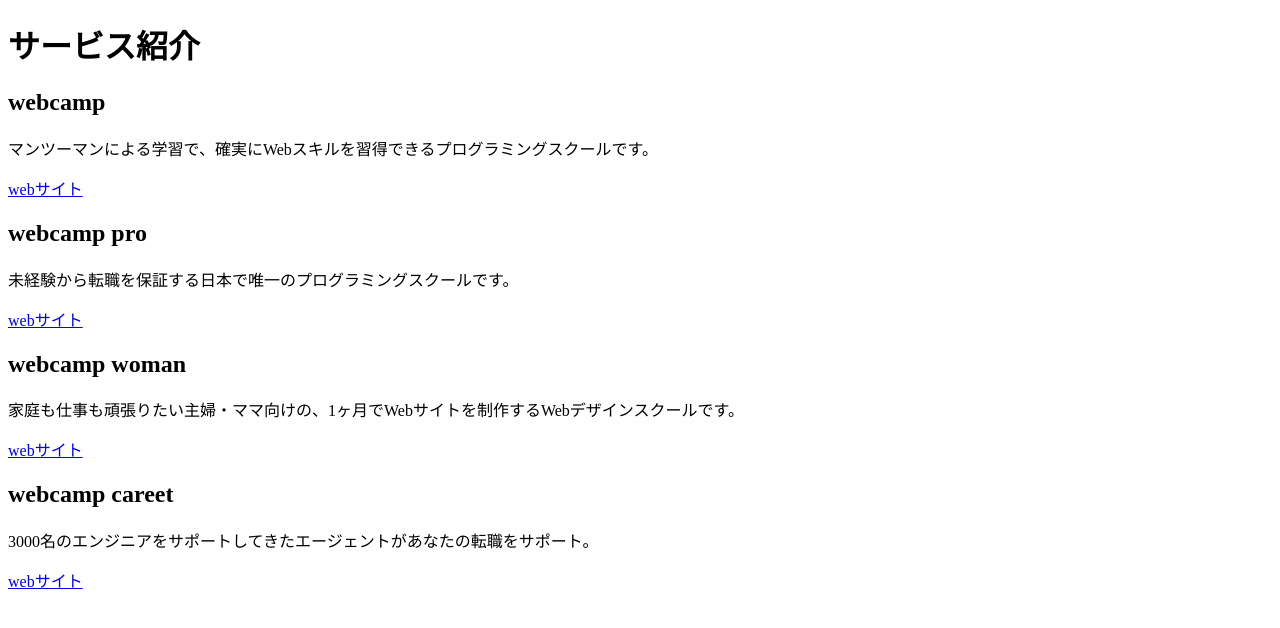
Repository: makunouti/dwc
Page: sample/sample.html
The author's editor kept a record of every edit. The page is drawn from the files as they stood at one moment, then again after the next edit.
The browser window is 1280 px wide. The pictures show the whole page.

Above is the page before.

### sample/sample.html
<!DOCTYPE HTML>
<html lang="ja">
  <head>
    <meta charset="UTF-8" />
    <title>初めてのHTML</title>
    <link rel="stylesheet" hef="style.css" />
  </head>

  <body>
    <h1>サービス紹介</h1>
    <h2>webcamp</h2>
    <p>マンツーマンによる学習で、確実にWebスキルを習得できるプログラミングスクールです。</p>
    <a href="#">webサイト</a>
    <h2>webcamp pro</h2>
    <p>未経験から転職を保証する日本で唯一のプログラミングスクールです。</p>
    <a href="#">webサイト</a>
    <h2>webcamp woman</h2>
    <p>家庭も仕事も頑張りたい主婦・ママ向けの、1ヶ月でWebサイトを制作するWebデザインスクールです。</p>
    <a href="#">webサイト</a>
    <h2>webcamp careet</h2>
    <p>3000名のエンジニアをサポートしてきたエージェントがあなたの転職をサポート。</p>
    <a href="#">webサイト</a>
  </body>
</html>

Loaded but not shown: sample/style.css (common file)

After the next edit:
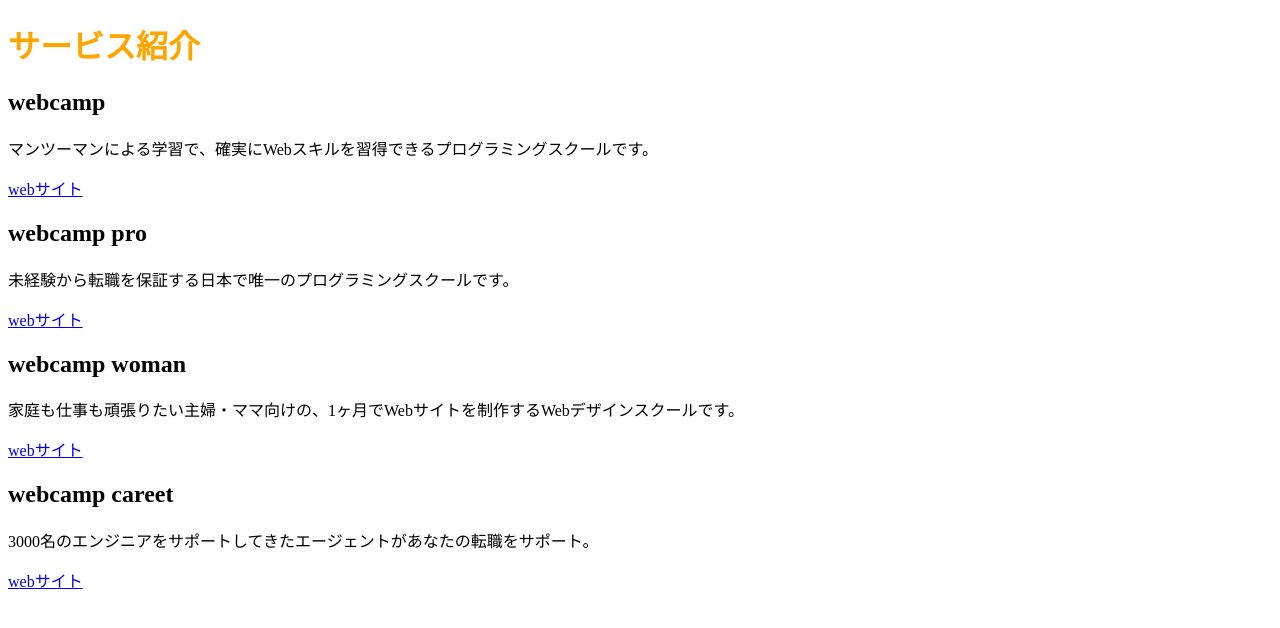
The edit:
--- a/sample/sample.html
+++ b/sample/sample.html
@@ -3,7 +3,7 @@
   <head>
     <meta charset="UTF-8" />
     <title>初めてのHTML</title>
-    <link rel="stylesheet" hef="style.css" />
+    <link rel="stylesheet" href="style.css" />
   </head>
 
   <body>
